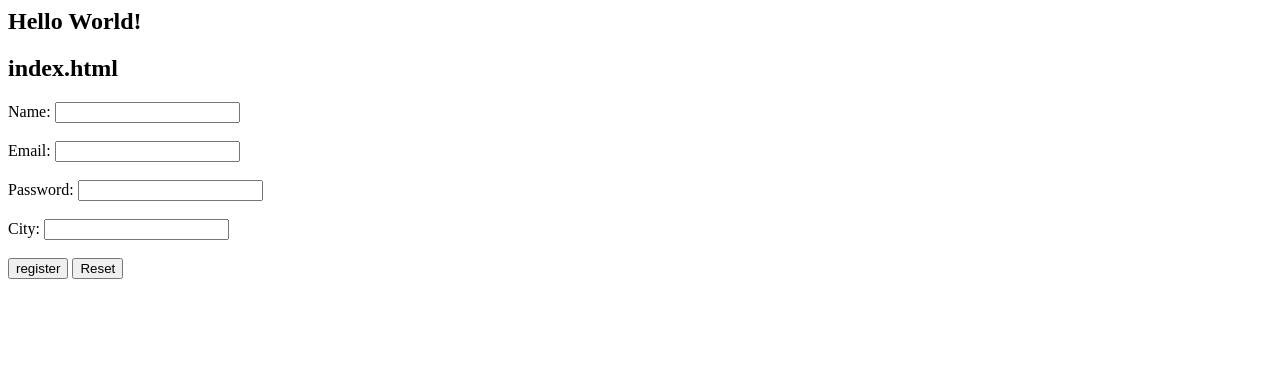
Repository: patramanik/java_ORM_Hibernate
Page: http://localhost/HD19/
The author's editor kept a copy of each file at every save. The page is drawn from the files as they stood at one save, then again after the next save.
The browser window is 1280 px wide. The pictures show the whole page.
The page is served by Tomcat 9. Nobody is signed in. The application's start-up code is not run. Other server files are loaded and not shown.

Above is the page before, as saved 2025-04-09 18:08:57.

### HD19/src/main/webapp/index.jsp
<html>
<body>
	<h2>Hello World!</h2>
	<h2>index.html</h2>

	<form action="register.jsp">
	Name: <input type="text" name="name"> <br><br>
	Email: <input type="text" name="email"> <br><br>
	Password: <input type="text" name="password"> <br><br>
	City: <input type="text" name="city"> <br><br>
	<input type="submit" value="register">
	<input type="reset">
	</form>



</body>
</html>

After the next save:
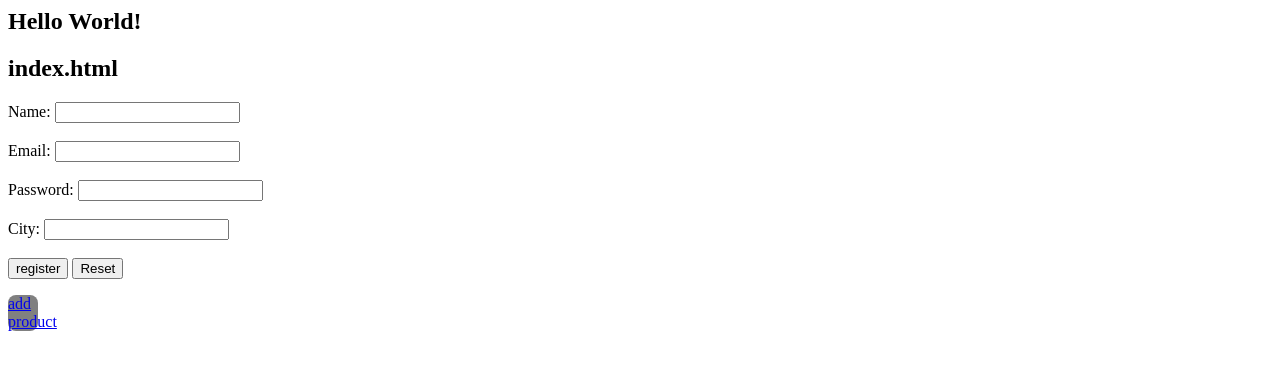
Saved 5 min 23 s later.
--- a/HD19/src/main/webapp/index.jsp
+++ b/HD19/src/main/webapp/index.jsp
@@ -12,6 +12,10 @@
 	<input type="reset">
 	</form>
 
+	<div style="height: 20 px; width: 30px; border-radius: 8px;background-color: gray;">
+	<a href="addproduct.jsp">add product</a>
+	</div>
+
 
 
 </body>
